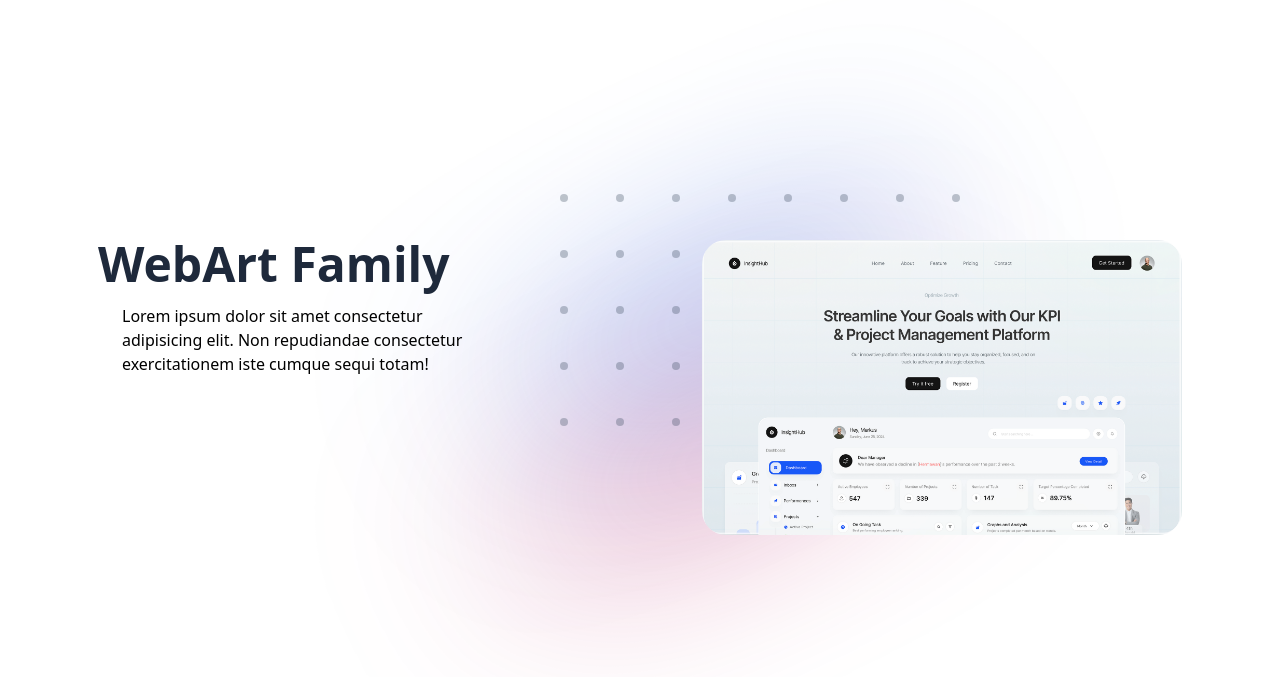
Repository: 30namp/youtube-web-art-code
Page: stunning landing page 1/index.html
These files come from the project's save history. The page is drawn as it stood at one moment and after the next save; the edit follows.
The browser window is 1280 px wide. The pictures show the whole page.

Above is the page before, as saved 2024-09-26 18:31:45.

After the next save:
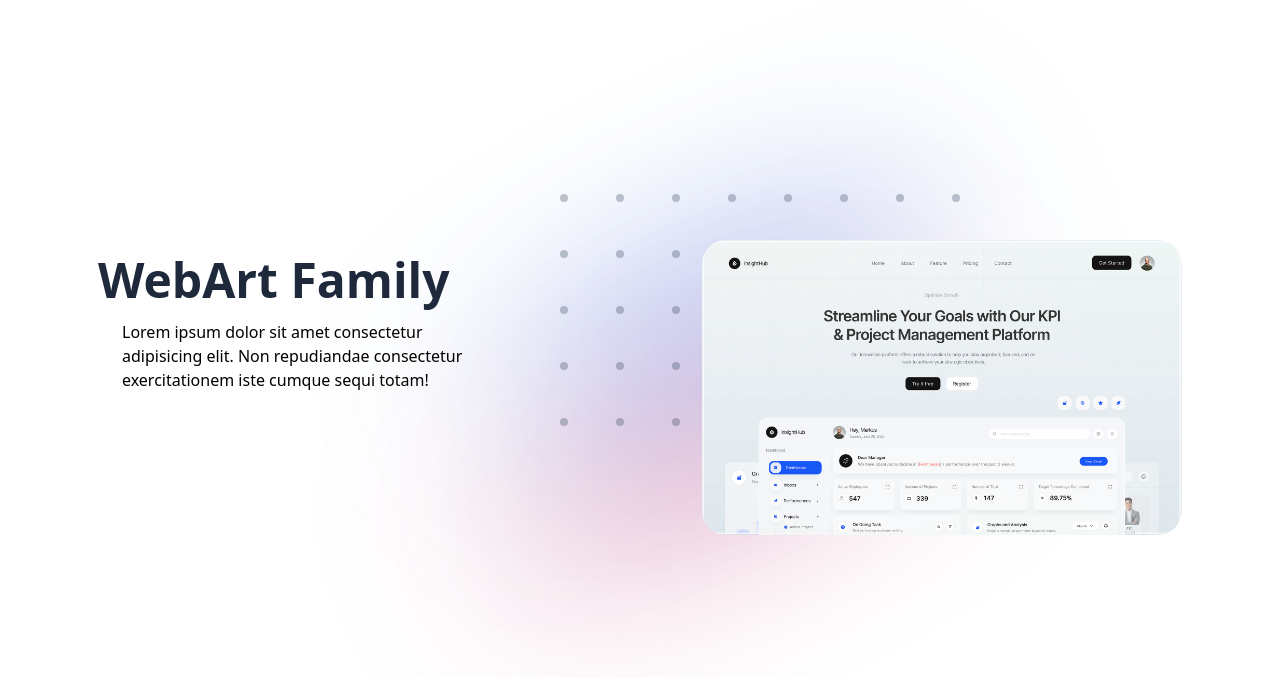
Saved 17 s later.
--- a/stunning landing page 1/index.html
+++ b/stunning landing page 1/index.html
@@ -58,7 +58,7 @@
 
     <div class="hero-section relative pt-60 flex justify-around items-start">
       <div class="content flex flex-col gap-4">
-        <h1 class="text-5xl font-bold text-slate-800">WebArt Family</h1>
+        <h1 class="text-5xl font-bold text-slate-800 mt-4">WebArt Family</h1>
         <div class="description ml-6 w-96">
           Lorem ipsum dolor sit amet consectetur adipisicing elit. Non
           repudiandae consectetur exercitationem iste cumque sequi totam!
